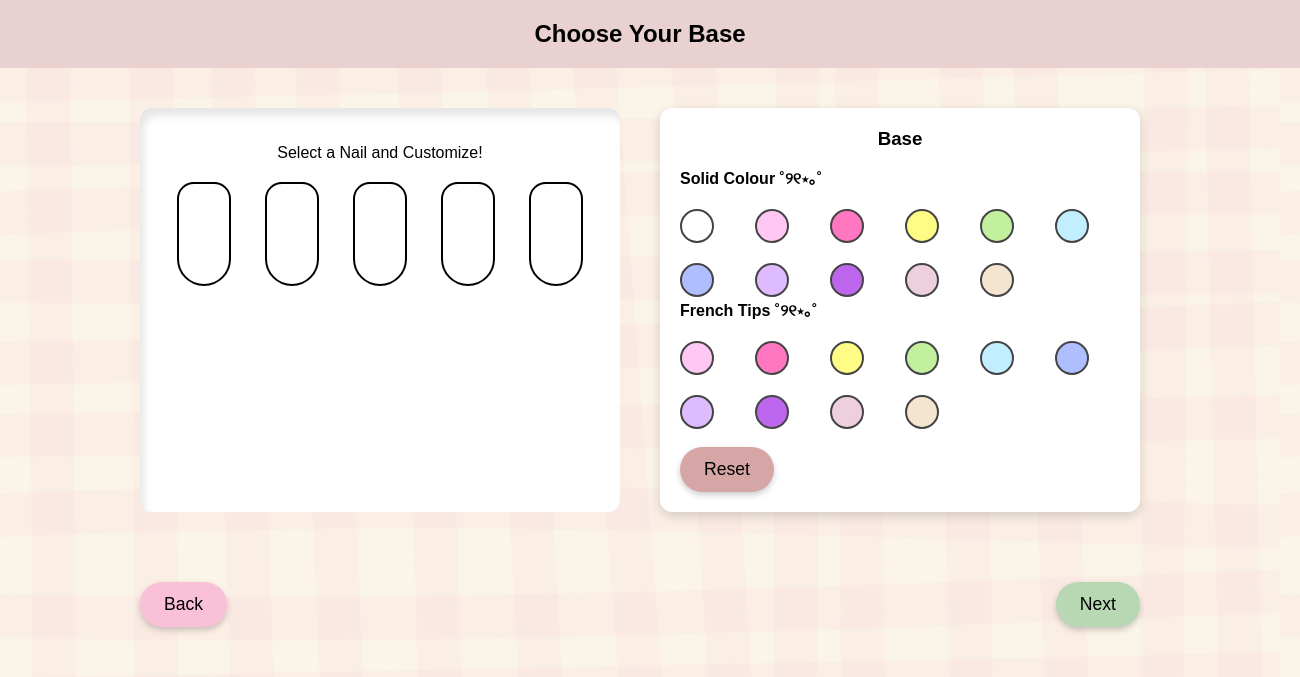
Repository: amolwalia/Fluidity-Lab
Page: base-paint.html
The author's editor kept a copy of each file at every save. The page is drawn from the files as they stood at one save, then again after the next save.
The browser window is 1280 px wide. The page is 1300 px wide, so the pictures cover 1300 px, including what lies to the right of the window. The pictures show the whole page.

Above is the page before, as saved 2025-05-11 19:05:55.

### base-paint.html
<!DOCTYPE html>
<html lang="en">
  <head>
    <meta charset="UTF-8" />
    <meta name="viewport" content="width=device-width, initial-scale=1.0" />
    <title>Choose Your Base</title>
    <link rel="stylesheet" href="./styles/basepaints.css" />
  </head>
  <body>
    <header>Choose Your Base</header>
    <div class="container">
      <div class="nail-area">
        <p style="text-align: center">Select a Nail and Customize!</p>
        <div class="nails">
          <div class="nail" onclick="selectNail(this)"></div>
          <div class="nail" onclick="selectNail(this)"></div>
          <div class="nail" onclick="selectNail(this)"></div>
          <div class="nail" onclick="selectNail(this)"></div>
          <div class="nail" onclick="selectNail(this)"></div>
        </div>
      </div>
      <div class="palette">
        <h3>Base</h3>
        <strong>Solid Colour ˚୨୧⋆｡˚</strong>
        <div class="colors">
          <div
            class="color"
            style="background: white"
            onclick="setColor('white', false)"
          ></div>
          <div
            class="color"
            style="background: #ffc8f4"
            onclick="setColor('#ffc8f4', false)"
          ></div>
          <div
            class="color"
            style="background: #ff77c0"
            onclick="setColor('#ff77c0', false)"
          ></div>
          <div
            class="color"
            style="background: #fefc85"
            onclick="setColor('#fefc85', false)"
          ></div>
          <div
            class="color"
            style="background: #c2f09f"
            onclick="setColor('#c2f09f', false)"
          ></div>
          <div
            class="color"
            style="background: #c2efff"
            onclick="setColor('#c2efff', false)"
          ></div>
        </div>
        <div class="colors">
          <div
            class="color"
            style="background: #aebeff"
            onclick="setColor('#AEBEFF', false)"
          ></div>
          <div
            class="color"
            style="background: #debaff"
            onclick="setColor('#DEBAFF', false)"
          ></div>
          <div
            class="color"
            style="background: #bb66ec"
            onclick="setColor('#BB66EC', false)"
          ></div>
          <div
            class="color"
            style="background: #eecfdd"
            onclick="setColor('#EECFDD', false)"
          ></div>
          <div
            class="color"
            style="background: #f5e4d0"
            onclick="setColor('#F5E4D0', false)"
          ></div>
        </div>
        <strong>French Tips ˚୨୧⋆｡˚</strong>
        <div class="colors">
          <div
            class="color"
            style="background: #ffc8f4"
            onclick="setColor('#ffc8f4', true)"
          ></div>
          <div
            class="color"
            style="background: #ff77c0"
            onclick="setColor('#ff77c0', true)"
          ></div>
          <div
            class="color"
            style="background: #fefc85"
            onclick="setColor('#fefc85', true)"
          ></div>
          <div
            class="color"
            style="background: #c2f09f"
            onclick="setColor('#c2f09f', true)"
          ></div>
          <div
            class="color"
            style="background: #c2efff"
            onclick="setColor('#c2efff', true)"
          ></div>
          <div
            class="color"
            style="background: #aebeff"
            onclick="setColor('#AEBEFF', true)"
          ></div>
        </div>
        <div class="colors">
          <div
            class="color"
            style="background: #debaff"
            onclick="setColor('#DEBAFF', true)"
          ></div>
          <div
            class="color"
            style="background: #bb66ec"
            onclick="setColor('#BB66EC', true)"
          ></div>
          <div
            class="color"
            style="background: #eecfdd"
            onclick="setColor('#EECFDD', true)"
          ></div>
          <div
            class="color"
            style="background: #f5e4d0"
            onclick="setColor('#F5E4D0', true)"
          ></div>
        </div>
        <br />
        <button class="btn btn-brown" onclick="resetColors()">Reset</button>
      </div>
    </div>
    <div class="btn-row">
      <button class="btn btn-pink" onclick="location.href='index.html'">
        Back
      </button>
      <button class="btn btn-green" onclick="saveNailColorsAndGoNext()">
        Next
      </button>
    </div>
    <script src="./scripts/basepaints.js"></script>
  </body>
</html>

### styles/basepaints.css
body {
  margin: 0;
  font-family: "Quicksand", sans-serif;
  background: url("../media/pink_plaid.png");
  background-size: cover;
  background-blend-mode: multiply;
  background-color: #fbf5e9;
  display: flex;
  flex-direction: column;
  align-items: center;
}
header {
  width: 100%;
  padding: 20px;
  background-color: #e9d1d1;
  text-align: center;
  font-weight: bold;
  font-size: 1.5rem;
}
.container {
  display: flex;
  justify-content: space-between;
  padding: 40px;
  width: 100%;
  max-width: 1000px;
}
.nail-area,
.palette {
  background: #fff;
  border-radius: 12px;
  padding: 20px;
  box-shadow: 0 4px 12px rgba(0, 0, 0, 0.15);

}
.nail-area {
  flex: 1;
  margin-right: 40px;
  box-shadow: inset 4px 8px 8px  rgba(0, 0, 0, 0.1);
}
.palette {
  flex: 1;
}
.nails {
  display: flex;
  justify-content: space-around;
  margin-top: 20px;
}
.nail {
  width: 50px;
  height: 100px;
  border: 2px solid #000;
  border-radius: 25px 25px 40px 40px;
  background: #fff;
  position: relative;
  overflow: hidden;
}

h3 {
  text-align: center;
  margin-top: 0;
  margin-bottom: 15px;

}
.french-tip-overlay {
  position: absolute;
  top: 0;
  left: 0;
  width: 100%;
  height: 100%;
  pointer-events: none;
  z-index: 50;
  background: none;
}
.french-tip-overlay::before {
  content: "";
  position: absolute;
  top: 0;
  left: 0;
  width: 100%;
  height: 100%;
  background: url("data:[embedded picture, 672 characters]")
    top center / 100% auto no-repeat;
  opacity: 1;
  z-index: 50;
}
.colors {
  display: grid;
  grid-template-columns: repeat(6, 1fr);
  gap: 10px;
  margin-top: 20px;
}
.color {
  width: 30px;
  height: 30px;
  border-radius: 50%;
  cursor: pointer;
  border: 2px solid #444;
}
.btn-row {
  display: flex;
  justify-content: space-between;
  width: 100%;
  max-width: 1000px;
  margin-top: 30px;
}
.btn {
  padding: 12px 24px;
  font-size: 1.1rem;
  background-color: #b7d8b2;
  border: none;
  border-radius: 25px;
  cursor: pointer;
  box-shadow: 0 3px 6px rgba(0, 0, 0, 0.2);
  transition: transform 0.3s ease, box-shadow 0.3s ease;
}
.btn:hover {
  transform: scale(1.05);
  box-shadow: 0 6px 12px rgba(183, 216, 178, 0.6);
}
.btn-pink {
  background-color: #f9c0d7;
}
.btn-green {
  background-color: #b7d8b2;
}
.btn-brown {
  background-color: #d6a5a5;
}

### scripts/basepaints.js
let selectedNail = null;

function selectNail(el) {
  document
    .querySelectorAll(".nail")
    .forEach((nail) => (nail.style.borderColor = "#000"));
  selectedNail = el;
  el.style.borderColor = "deeppink";
}

function setColor(color, isFrenchTip = false) {
  if (selectedNail) {
    selectedNail.style.background = color;
    const existingTip = selectedNail.querySelector(".french-tip-overlay");
    if (existingTip) existingTip.remove();
    if (isFrenchTip) {
      const tip = document.createElement("div");
      tip.className = "french-tip-overlay";
      selectedNail.appendChild(tip);
    }
  }
}

function resetColors() {
  document.querySelectorAll(".nail").forEach((nail) => {
    nail.style.background = "white";
    const tip = nail.querySelector(".french-tip-overlay");
    if (tip) tip.remove();
  });
}

function saveNailColorsAndGoNext() {
  const nails = document.querySelectorAll(".nail");
  const designData = Array.from(nails).map((nail) => {
    return {
      background: nail.style.background,
      hasTip: !!nail.querySelector(".french-tip-overlay"),
    };
  });
  localStorage.setItem("nailDesignData", JSON.stringify(designData));
  location.href = "decorate.html";
}

After the next save:
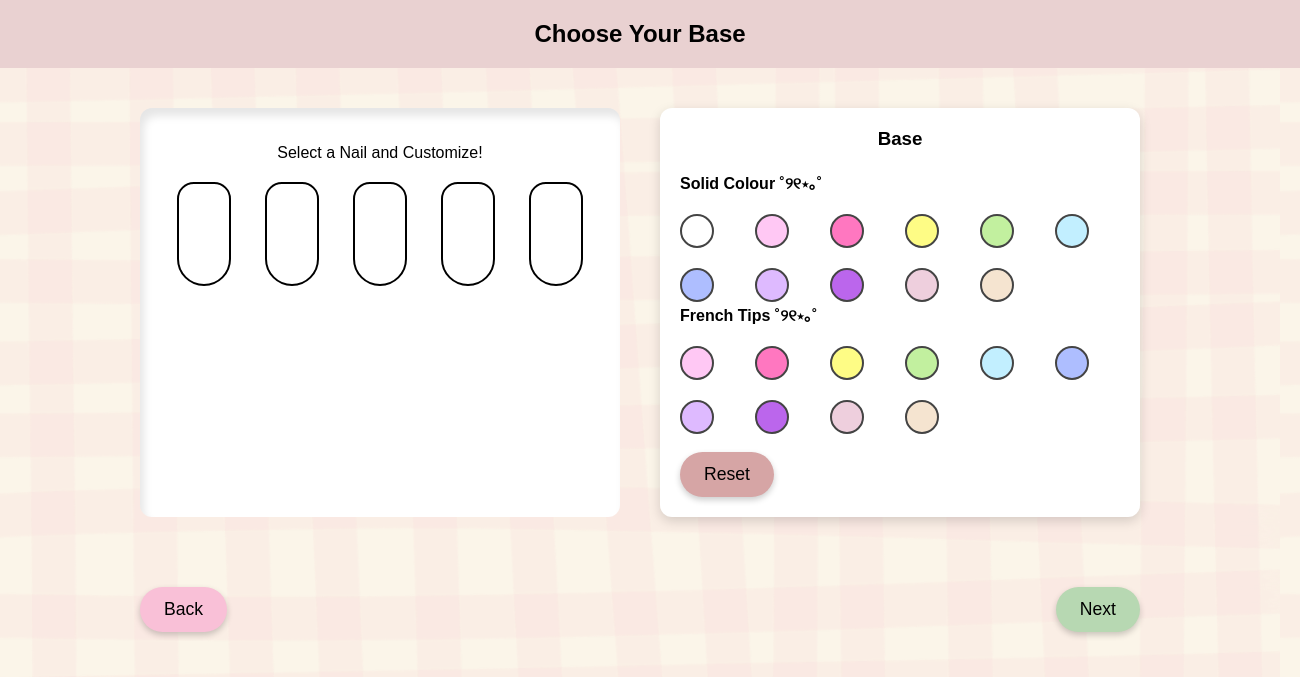
Saved 5 s later.
--- a/styles/basepaints.css
+++ b/styles/basepaints.css
@@ -58,7 +58,7 @@ header {
 h3 {
   text-align: center;
   margin-top: 0;
-  margin-bottom: 15px;
+  margin-bottom: 20px;
 
 }
 .french-tip-overlay {
